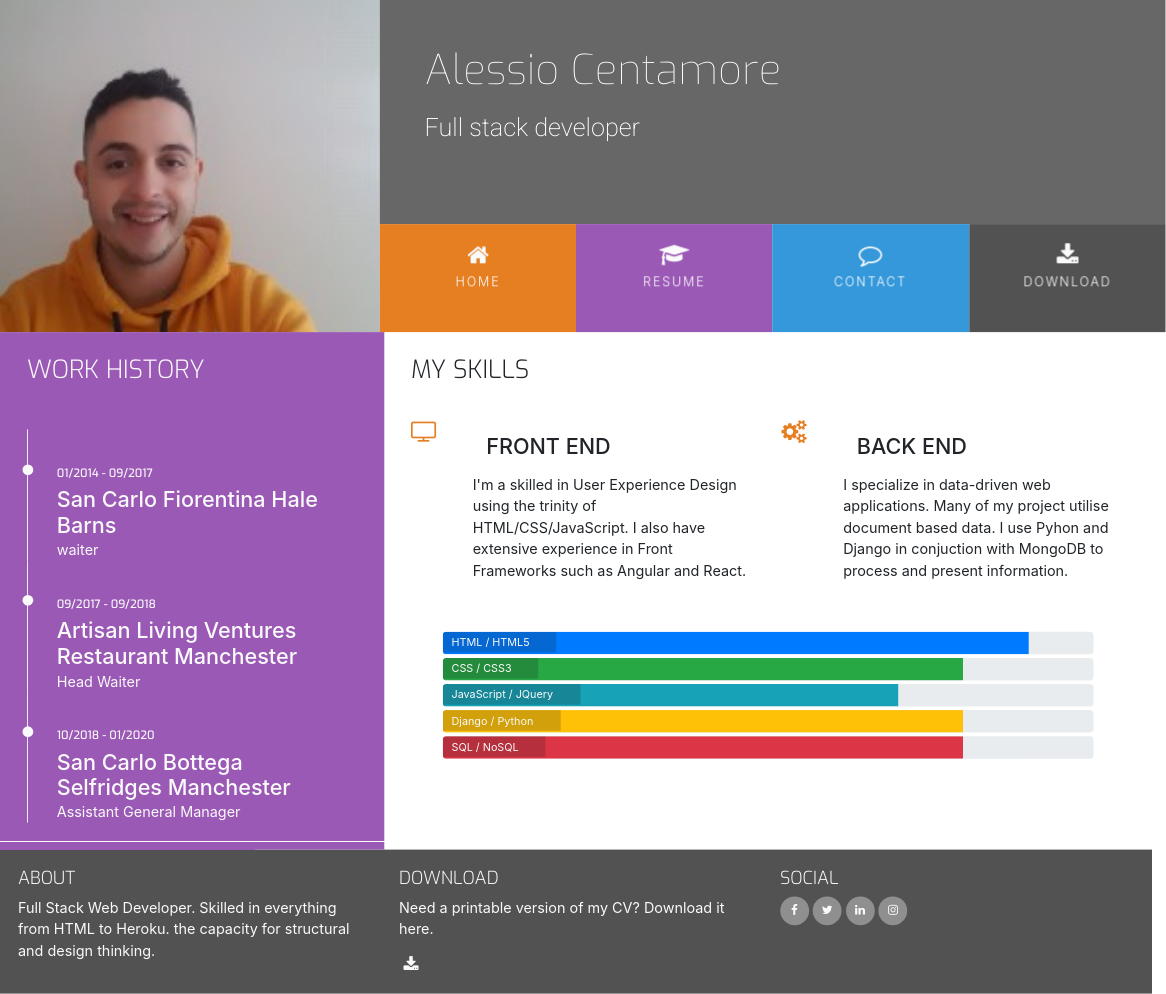
Repository: Baal89/Resume
Page: resume.html
The author's editor kept a record of every edit. The page is drawn from the files as they stood at one moment, then again after the next edit.
The browser window is 1280 px wide. The page is 1295 px wide, so the pictures cover 1295 px, including what lies to the right of the window. The pictures show the whole page, at 90% of full size.

Above is the page before.

### resume.html
<!DOCTYPE html>
<html lang="en">

<head>
    <meta charset="UTF-8">
    <meta name="viewport" content="width=device-width, initial-scale=1.0">
    <meta http-equiv="X-UA-Compatible" content="ie=edge">
    <link rel="stylesheet" href="https://stackpath.bootstrapcdn.com/bootstrap/4.4.1/css/bootstrap.min.css" integrity="sha384-Vkoo8x4CGsO3+Hhxv8T/Q5PaXtkKtu6ug5TOeNV6gBiFeWPGFN9MuhOf23Q9Ifjh" crossorigin="anonymous">
    <link href="https://stackpath.bootstrapcdn.com/font-awesome/4.7.0/css/font-awesome.min.css" rel="stylesheet" integrity="sha384-wvfXpqpZZVQGK6TAh5PVlGOfQNHSoD2xbE+QkPxCAFlNEevoEH3Sl0sibVcOQVnN" crossorigin="anonymous">
    <link rel="stylesheet" href="https://cdnjs.cloudflare.com/ajax/libs/hover.css/2.3.1/css/hover-min.css" type="text/css" />
    <link rel="stylesheet" href="assets/css/style.css" type="text/css" />
    <title>Alessio</title>
</head>

<body>

    <header>
        <div class="row">
            <a href="index.html" class="col-md-4 logo px-0">

            </a>
            <div class="col-md-8">
                <div class="row bg-color-name-title">
                    <div class="col heading px-0">
                        <h1 class="name">Alessio Centamore</h1>
                        <h2 class="title">Full stack developer</h2>
                    </div>
                </div>
                <div class="row">
                    <div class="col px-0">
                        <ul id="nav" class="list-inline menu-container">
                            <li class="col-6 col-sm-3 ui-menu-color-home list-inline-item menuitem">
                                <a href="index.html" class="hvr-sweep-to-bottom"><i class="fa fa-home" aria-hidden="true"></i><span>Home</span></a>
                            </li>
                            <li class="col-6 col-sm-3 ui-menu-color-resume list-inline-item menuitem">
                                <a href="resume.html" class="hvr-sweep-to-bottom"><i class="fa fa-graduation-cap" aria-hidden="true"></i><span>Resume</span></a>
                            </li>
                            <li class="col-6 col-sm-3 ui-menu-color-contact list-inline-item menuitem">
                                <a href="#" class="hvr-sweep-to-bottom"><i class="fa fa-comment-o" aria-hidden="true"></i><span>Contact</span></a>
                            </li>
                            <li class="col-6 col-sm-3 ui-menu-color-download list-inline-item menuitem">
                                <a href="#" class="hvr-sweep-to-bottom"><i class="fa fa-download" aria-hidden="true"></i><span>Download</span></a>
                            </li>
                        </ul>
                    </div>
                </div>
            </div>
        </div>
    </header>

    <section class="container-fluid">
        <div class="row">
            <div class="col-md-4 bg-color-personal-work-history section-column">
                <div class="row">
                    <div class="col-12">
                        <h3 class="history-heading uppercase">work history</h3>
                    </div>
                </div>
                <div class="history-item">
                    <div class="timeline-item" data-dates="01/2014 - 09/2017">
                        <h4>San Carlo Fiorentina Hale Barns</h4>
                        <p>waiter</p>
                    </div>
                    <div class="timeline-item" data-dates="09/2017 - 09/2018">
                        <h4>Artisan Living Ventures Restaurant Manchester</h4>
                        <p>Head Waiter</p>
                    </div>
                    <div class="timeline-item" data-dates="10/2018 - 01/2020">
                        <h4>San Carlo Bottega Selfridges Manchester</h4>
                        <p>Assistant General Manager</p>
                    </div>
                </div>
            </div>
            <div class="col-md-8 color-three-reasons section-column">
                <div class="row">
                    <div class="col">
                        <h3 class="section-heading uppercase">My skills</h3>
                    </div>
                </div>
                <div class="row">
                    <div class="col-10 offset-1 offset-sm-0 col-sm-4 col-md-6">
                        <div class="row">
                            <div class="col-2">
                                <i class="three-resons-icon fa fa-tv" aria-hidden="true"></i>
                            </div>
                            <div class="col-10">
                                <h4 class="three-reasons-heading uppercase">Front End</h4>
                                <p>I'm a skilled in User Experience Design using the trinity of HTML/CSS/JavaScript. I also have extensive experience in Front Frameworks such as Angular and React.</p>
                            </div>
                        </div>
                    </div>
                    <div class="col-10 offset-1 offset-sm-0 col-sm-4 col-md-6">
                        <div class="row">
                            <div class="col-2">
                                <i class="three-resons-icon fa fa-gears" aria-hidden="true"></i>
                            </div>
                            <div class="col-10">
                                <h4 class="three-reasons-heading uppercase">Back end</h4>
                                <p>I specialize in data-driven web applications. Many of my project utilise document based data. I use Pyhon and Django in conjuction with MongoDB to process and present information.</p>
                            </div>
                        </div>
                    </div>
                </div>
                <div class="row progress-section">
                    <div class="col">
                        <div class="progress">
                            <div class="progress-bar" role="progressbar" aria-valuenow="90" aria-valuemin="0" aria-valuemax="100" style="width: 90%;">
                                <span class="sr-only">90% complete </span>
                            </div>
                            <span class="progress-type">HTML / HTML5 </span>
                        </div>
                        <div class="progress">
                            <div class="progress-bar bg-success" role="progressbar" aria-valuenow="80" aria-valuemin="0" aria-valuemax="100" style="width: 80%;">
                                <span class="sr-only">80% complete </span>
                            </div>
                            <span class="progress-type">CSS / CSS3</span>
                        </div>
                        <div class="progress">
                            <div class="progress-bar bg-info" role="progressbar" aria-valuenow="70" aria-valuemin="0" aria-valuemax="100" style="width: 70%;">
                                <span class="sr-only">70% complete </span>
                            </div>
                            <span class="progress-type">JavaScript / JQuery</span>
                        </div>
                        <div class="progress">
                            <div class="progress-bar bg-warning" role="progressbar" aria-valuenow="80" aria-valuemin="0" aria-valuemax="100" style="width: 80%;">
                                <span class="sr-only">80% complete </span>
                            </div>
                            <span class="progress-type">Django / Python</span>
                        </div>
                        <div class="progress">
                            <div class="progress-bar bg-danger" role="progressbar" aria-valuenow="80" aria-valuemin="0" aria-valuemax="100" style="width: 80%;">
                                <span class="sr-only">80% complete </span>
                            </div>
                            <span class="progress-type">SQL / NoSQL</span>
                        </div>
                    </div>
                </div>
            </div>
        </div>
    </section>

    <footer class="container-fluid" id="footer-details">
        <div class="row">
            <div class="col-sm-4">
                <h5 class="uppercase general-sub">About</h5>
                <p class="inline-block">Full Stack Web Developer. Skilled in everything from HTML to Heroku. the capacity for structural and design thinking.</p>
            </div>
            <div class="col-sm-4">
                <h5 class="uppercase general-sub">Download</h5>
                <p class="inline-block">Need a printable version of my CV? Download it here.</p>
                <a href="#" target="_blank" class="cv-pdf">
                    <i class="fa fa-download" aria-hidden="true"></i>
                    <span class="sr-only">Download link.</span>
                </a>
            </div>
            <div class="col-sm-4">
                <h5 class="uppercase general-sub">Social</h5>
                <ul class="list-inline social-links">
                    <li class="list-inline-item">
                        <a target="_blank" href="#">
                            <i class="fa fa-facebook" aria-hidden="true"></i>
                            <span class="sr-only">Facebook</span>
                        </a>
                    </li>
                    <li class="list-inline-item">
                        <a target="_blank" href="#">
                            <i class="fa fa-twitter" aria-hidden="true"></i>
                            <span class="sr-only">Twitter</span>
                        </a>
                    </li>
                    <li class="list-inline-item">
                        <a target="_blank" href="#">
                            <i class="fa fa-linkedin" aria-hidden="true"></i>
                            <span class="sr-only">Linkedin</span>
                        </a>
                    </li>
                    <li class="list-inline-item">
                        <a target="_blank" href="#">
                            <i class="fa fa-instagram" aria-hidden="true"></i>
                            <span class="sr-only">Instagram</span>
                        </a>
                    </li>
                </ul>
            </div>
        </div>
    </footer>

</body>

</html>

### assets/css/style.css
@import url('https://fonts.googleapis.com/css?family=Roboto:100,200,300,400,500,600,700|Exo:100,200,300,400,500,600,700&display=swap');


/*-----------------------------------------------------------------Colors */

.bg-color-name-title {
    background-color: #676767;
}

.bg-color-three-resons {
    background-color: #fff;
}

.bg-color-personal-info {
    background-color: #f4f4f4
}

.bg-color-personal-work-history {
    background-color: #9b59b6;
}

.ui-menu-color-home {
    background-color: #e67e22;
}

.ui-menu-color-resume {
    background-color: #9b59b6;
}

.ui-menu-color-contact {
    background-color: #3498db;
}

.ui-menu-color-download {
    background-color: #525252;
}

/* ---------------------------------------------------------------Special padding/margins/text */

h1,
h2,
h3,
h4 {
    margin: 0;
}

.uppercase {
    text-transform: uppercase;
}

.general-sub {
    font-family: "Exo", sans-serif;
    font-weight: 300;
    color: #fafafa;
}

.inline-block {
    display: inline-block;
}

.row-table {
    display: table;
}

.section-column {
    display: table-cell;
    padding: 0 30px 30px;
    float: none;
}

.section-heading,
.history-heading {
    font-family: "Exo", sans-serif;
    font-weight: 300;
    margin-top: 25px;
    margin-bottom: 40px;
}

/* ---------------------------------------------------------------Heading */

header {
    margin: 0;
}

.heading {
    margin-left: 50px;
}

.logo {
    background-image: url("../img/Alessio.jpg");
    background-position: center;
    background-repeat: no-repeat;
    background-size: cover;
    min-height: 360px;
    transition: all .5s ease-in-out;
    -moz-transition: all .5s ease-in-out;
    -webkit-transition: all .5s ease-in-out;
}

.name {
    font-family: Exo, sans-serif;
    font-weight: 100;
    font-size: 46px;
    margin-top: 50px;
    color: #ffffff;
}

.title {
    font-family: Roboto, sans-serif;
    font-weight: 200;
    font-size: 28px;
    margin-top: 20px;
    margin-bottom: 90px;
    color: #ffffff;
}

.list-inline-item:not(:last-child) {
    margin-right: 0 !important;
}

.menu-container {
    font-size: 0;
}

#nav li {
    font-size: 14px;
    padding: 0;
}

.menuitem {
    height: 120px;
    text-align: center;
    padding: 0;
}

.menuitem a {
    width: 100%;
    text-decoration: none;
    color: #fff;
    height: 120px;
}

.menuitem i {
    padding-top: 22px;
    display: block;
    color: #fafafa;
    font-size: 26px;
}

.menuitem span {
    display: block;
    width: 100%;
    padding-top: 5px;
    text-align: center;
    text-transform: uppercase;
    font-size: 14px;
    font-weight: 300;
    letter-spacing: 2px;
}

#nav {
    margin: 0;
}

/* ---------------------------------------------------------------Hover */

.hvr-sweep-to-bottom:before {
    background-color: rgba(0,0,0, 0.2);
    height: 120px;
}

/* --------------------------------------------------------------Footer */

footer {
    background-color: #525252;
    color: #fafafa;
    min-height: 120px;
    margin: 0;
}

.cv-pdf i {
    font-size: 18px;
    color: #fafafa;
    text-align: center;
    padding-left: 5px;
    transition: all 0.35s ease-in-out;
    -moz-0transition: all 0.35s ease-in-out;
    -webkit-transition: all 0.35s ease-in-out;
    -o-transition: all 0.35s ease-in-out;
}

.cv-pdf i:hover {
    color: #e84610;
}

.social-links {
    padding-bottom: 15px;
}

.social-links li a i {
    width: 32px;
    height: 32px;
    padding: 12px 0;
    border-radius: 50%;
    font-size: 13px;
    line-height: 7px;
    text-align: center;
    color: #fafafa;
    background-color: #8f8f8f;
    transition: all 0.35s ease-in-out;
    -moz-0transition: all 0.35s ease-in-out;
    -webkit-transition: all 0.35s ease-in-out;
    -o-transition: all 0.35s ease-in-out;
}

.social-links li a i:hover {
    background-color: #e84610;
}

#footer-details {
    padding: 20px;
}

/* --------------------------------------------------------------three reasons */


.three-resons-icon {
    font-size: 26px;
    color: #e67e22;
}

.three-reasons-heading {
    margin: 15px;
}

/* --------------------------------------------------------------Personal info*/

.personal-info-item {
    margin-bottom: 20px;
    display: block;
    clear: both;
}

.personal-info-item .key,
.personal-info-item .value {
    padding-right: 8px;
    display: inline-block;
}

.personal-info-item .key p,
.personal-info-item .value p {
    margin: 0;
}

.personal-info-item .key {
    width: 30%;
    margin-right: 21px;
    padding-top: 2px;
    vertical-align: top;
}

.personal-info-item .key p {
    font-weight: 700;
}

.personal-info-item .value {
    position: relative;
    width: 60%;
}

/* --------------------------------------------------------------skills */

.progress {
    position: relative;
    height: 25px;
    margin-bottom: 4px;
}

.progress-type {
    position: absolute;
    left: 0px;
    font-weight: 400;
    padding: 3px 30px 2px 10px;
    color: #fafafa;
    background-color: rgba(25, 25, 25, 0.2);
}

.progress-section {
    margin: 40px 20px;
}

/* ---------------------------------------------------------------work history */

.history-heading {
    color: #fafafa;
    margin-bottom: 50px;
}

.timeline-item {
    padding: 4em 2em 0em 2em;
    position: relative;
    color: #fafafa;
    border-left: 1px solid;
}

.timeline-item p {
    padding: 0;
    margin: 0;
}

.timeline-item:before {
    content: attr(data-dates);
    position: absolute;
    left: 2.5em;
    top: 3em;
    display: block;
    font-family: "Exo" , sans-serif;
    font-weight: 500;
    font-size: 0.8em;
    padding: 0;
    margin: 0;
}

.timeline-item:after {
    width: 12px;
    height: 12px;
    display: block;
    top: 2.4em;
    position: absolute;
    left: -6px;
    border-radius: 12px;
    content: "";
    background-color: #fafafa;
}

After the next edit:
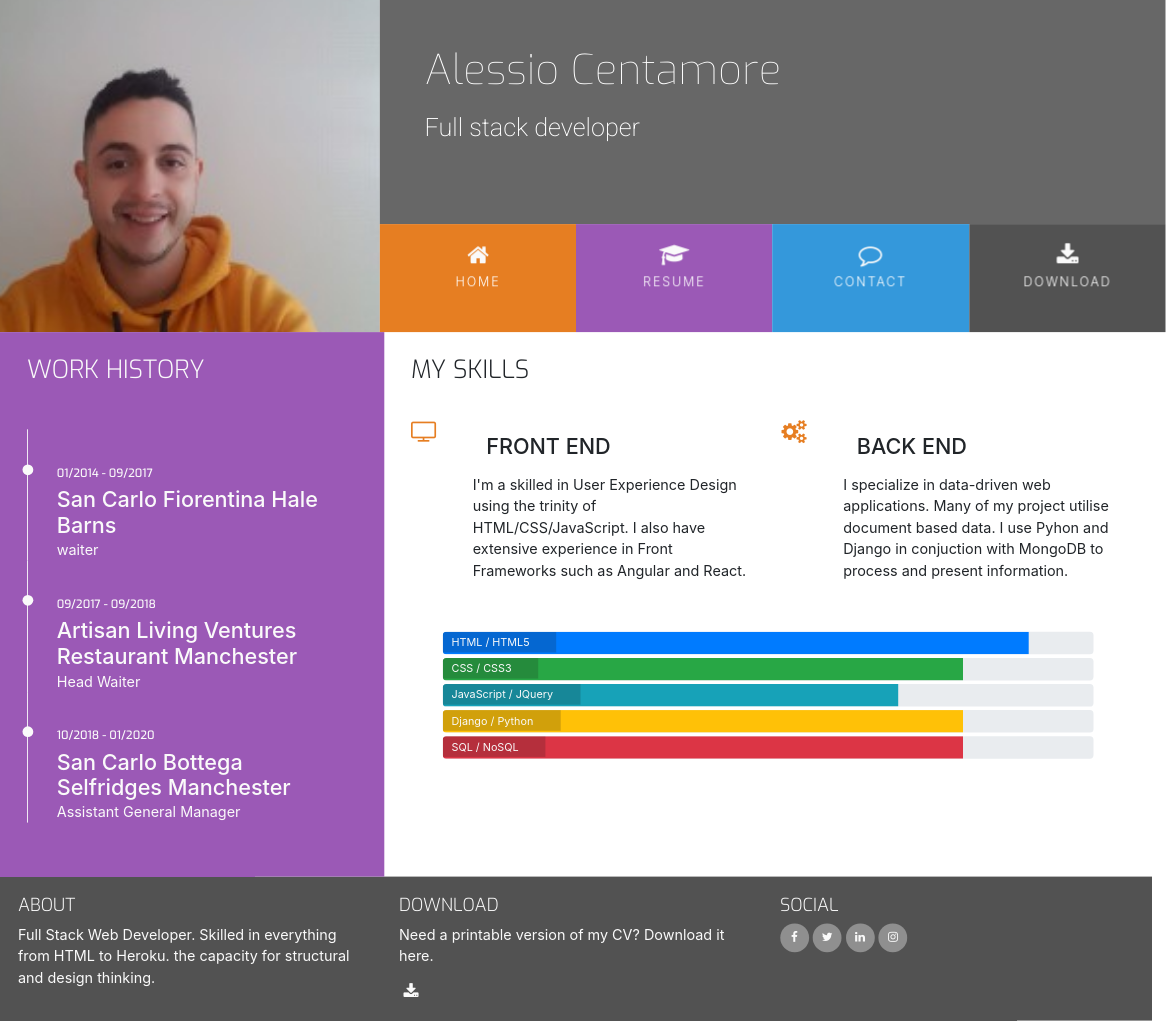
The edit:
--- a/assets/css/style.css
+++ b/assets/css/style.css
@@ -332,3 +332,7 @@ footer {
     content: "";
     background-color: #fafafa;
 }
+
+.history-item {
+    margin-bottom: 30px;
+}
